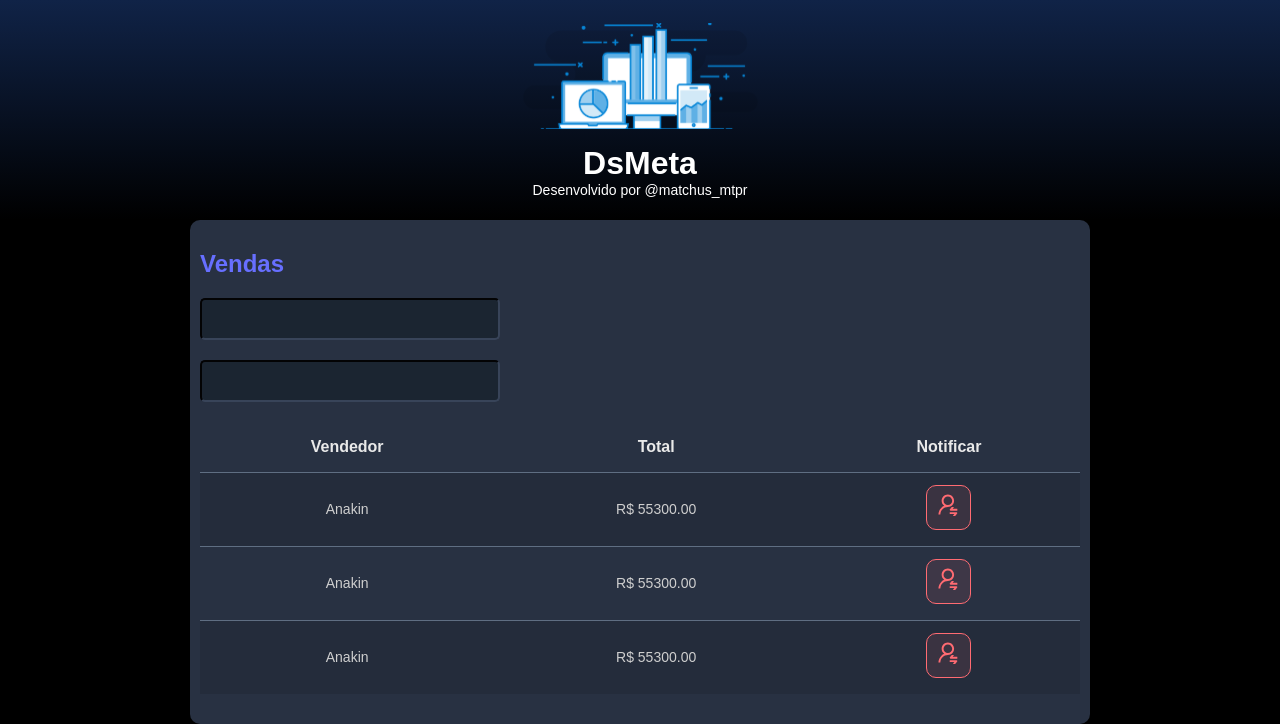
Repository: MatheusAlvesPereiraRosa/ds-meta
Page: index.html
An editor plug-in stored every save of this project. The page is shown before and after the next save, followed by the edit.
The browser window is 1280 px wide. The pictures show the whole page.
The pointer rests on the first visible `.dsmeta-sales-table tbody tr`.

Above is the page before, as saved 2022-09-05 16:41:45.

### index.html
<!DOCTYPE html>
<html lang="en">
  <head>
    <meta charset="UTF-8" />
    <meta http-equiv="X-UA-Compatible" content="IE=edge" />
    <meta name="viewport" content="width=device-width, initial-scale=1.0" />
    <title>Document</title>

    <link rel="stylesheet" href="styles.css" />
  </head>

  <body>
    <header>
      <div class="dsmeta-logo-container">
        <img src="logo.svg" alt="Logo" />
        <h1>DsMeta</h1>
        <p>
          Desenvolvido por
          <a href="https://www.instagram.com/matchus_mtpr">@matchus_mtpr</a>
        </p>
      </div>
    </header>

    <main>
      <section id="sales">
        <div class="dsmeta-container">
          <div class="dsmeta-card">
            <h2 class="dsmeta-sales-title">Vendas</h2>
            <div>
              <div class="dsmeta-form-control-container">
                <input class="dsmeta-form-control" type="text" />
              </div>
              <div class="dsmeta-form-control-container">
                <input class="dsmeta-form-control" type="text" />
              </div>
            </div>

            <div>
              <table class="dsmeta-sales-table">
                <thead>
                  <tr>
                    <th>Vendedor</th>
                    <th>Total</th>
                    <th>Notificar</th>
                  </tr>
                </thead>
                <tbody>
                  <tr>
                    <td>Anakin</td>
                    <td>R$ 55300.00</td>
                    <td><img src="icon.svg" alt="Notificar" /></td>
                  </tr>
                  <tr>
                    <td>Anakin</td>
                    <td>R$ 55300.00</td>
                    <td><img src="icon.svg" alt="Notificar" /></td>
                  </tr>
                  <tr>
                    <td>Anakin</td>
                    <td>R$ 55300.00</td>
                    <td><img src="icon.svg" alt="Notificar" /></td>
                  </tr>
                </tbody>
              </table>
            </div>
          </div>
        </div>
      </section>
    </main>
  </body>
</html>

### styles.css
@import url('https://fonts.googleapis.com/css2?family=Roboto:wght@300&display=swap');

* {
    font-family: 'Rotobto', sans-serif;
    box-sizing: border-box;
    margin: 0;
    padding: 0;
}

header {
    background: linear-gradient(180deg, #102347 0%, transparent);
    height: 220px;
    display: flex;
    align-items: center;
    justify-content: center;
}

body, html {
    background-color: black;
    color: #fff;
}

a, a:hover, a:visited {
    color: unset;
    text-decoration: none;
}

.dsmeta-logo-container {
    display: flex;
    flex-direction: column;
    align-items: center;
}

.dsmeta-logo-container img{
    width: 235px;
}

.dsmeta-logo-container h1{
    margin-top: 15px;
}

.dsmeta-logo-container p{
    font-size: 14px;
    font-weight: 300;
}

.dsmeta-card {
    background-color: #283142;
    border-radius: 10px;
    padding: 30px 10px;
}

.dsmeta-container {
    width: 100%;
    max-width: 900px;
    margin: 0 auto;
}

#id {
    padding: 40px 10px;
}

.dsmeta-sales-title {
    color: #676FFF;
    font-size: 24px;
    margin-bottom: 20px;
}

.dsmeta-form-control {
    height: 36px;
    background-color: #1B2531;
    width: 100%;
    max-width: 300px;
    border-radius: 5px;
    border-color: #384459;
    color: #9AAABE;
    padding: 19px 20px;
    font-size: 18px;
}

.dsmeta-sales-table {
    width: 100%;
    border-spacing: 0;
    border-collapse: collapse;
}

.dsmeta-sales-table thead{
    height: 50px;
    font-size: 16px;
    color: #E9E9E9;
    font-weight: 600;
}

.dsmeta-sales-table tbody{
    font-weight: 400;
    font-size: 14px;
    color: #CFCFCF;
    text-align: center;
}

.dsmeta-sales-table tbody tr {
    height: 74px;
    border-top: 1px solid #5F6E82;
}

.dsmeta-sales-table tbody tr:nth-child(odd) {
    background-color: #242C3B;
}

.dsmeta-sales-table tbody tr:hover > td {

}

.dsmeta-form-control-container {
    margin-bottom: 20px;
}

After the next save:
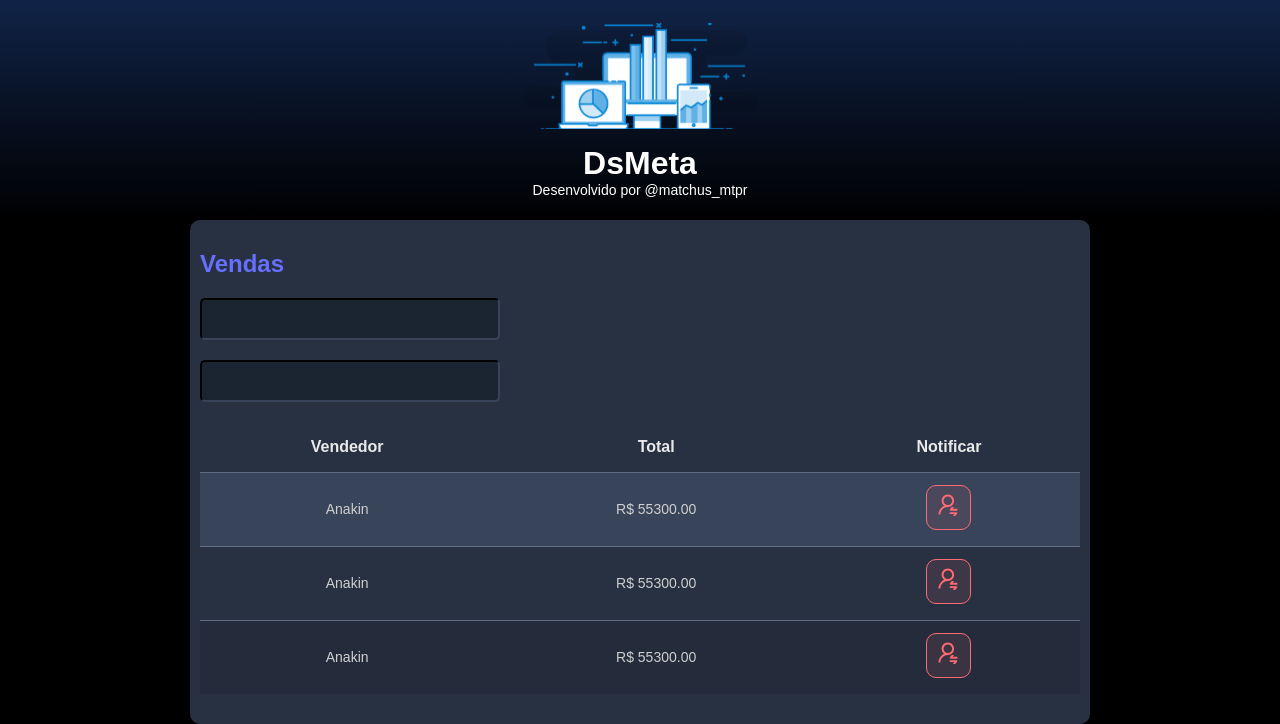
Saved 12 s later.
--- a/styles.css
+++ b/styles.css
@@ -108,7 +108,7 @@ a, a:hover, a:visited {
 }
 
 .dsmeta-sales-table tbody tr:hover > td {
-
+    background-color: #384459;
 }
 
 .dsmeta-form-control-container {
